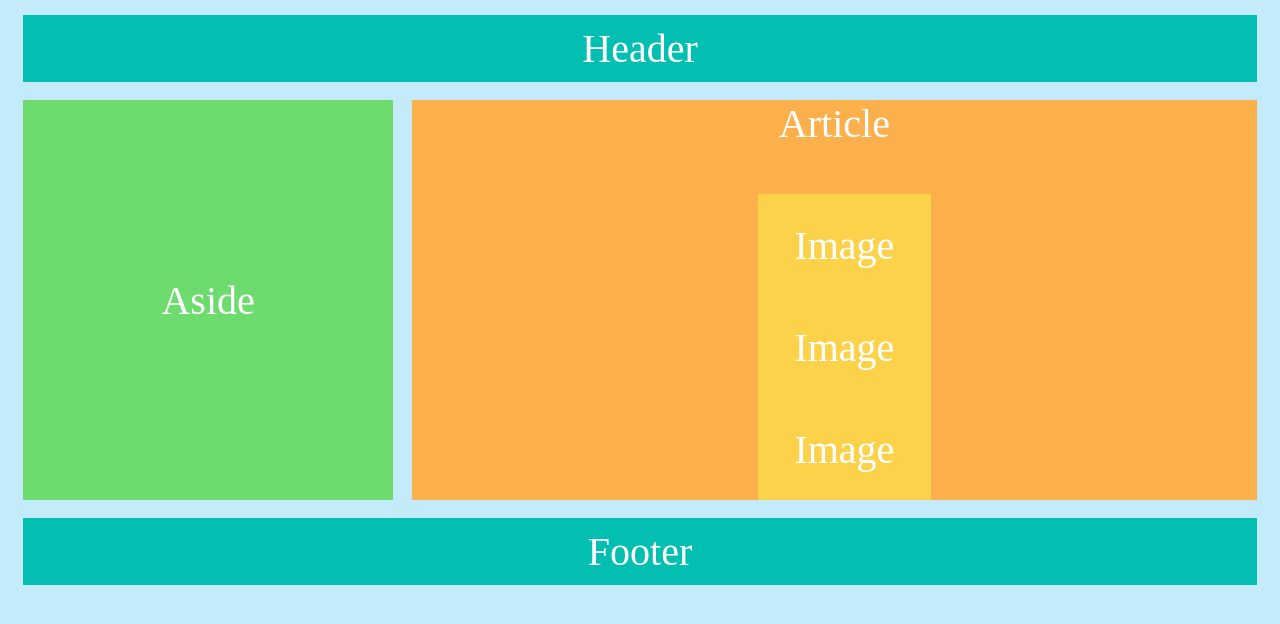
Repository: huyennvo/CSS
Page: flex-css-example/index.html
The author's editor kept a copy of each file at every save. The page is drawn from the files as they stood at one save, then again after the next save.
The browser window is 1280 px wide. The pictures show the whole page.

Above is the page before, as saved 2022-07-18 11:49:55.

After the next save:
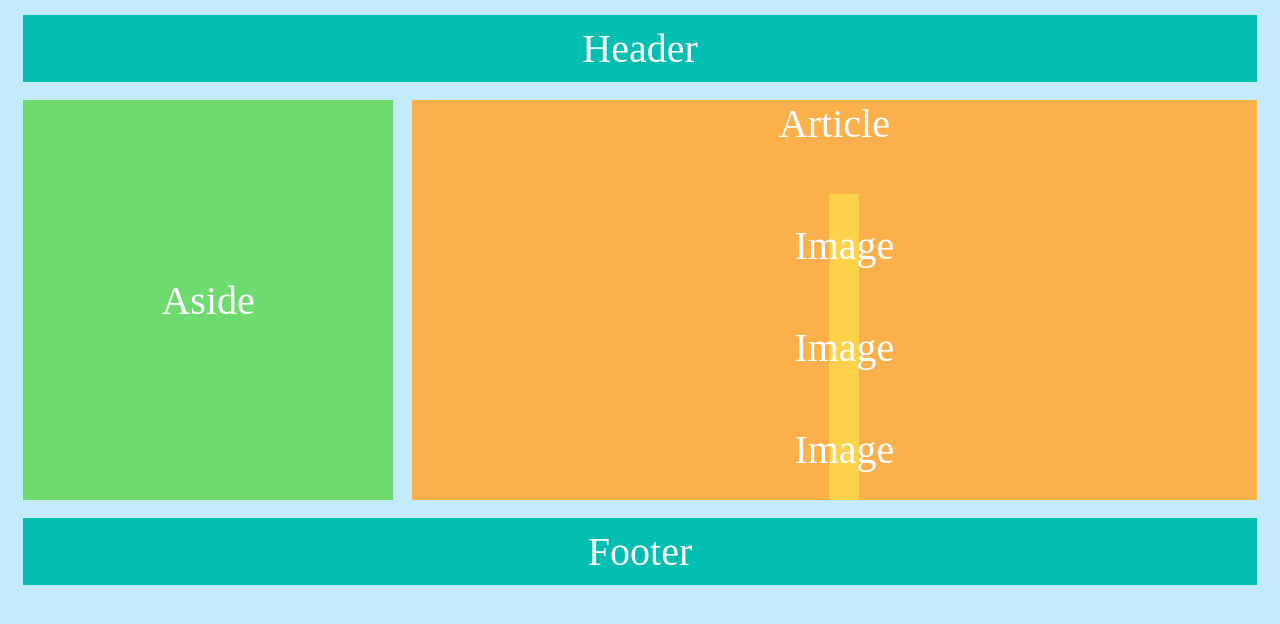
Saved 113 min 8 s later.
--- a/flex-css-example/index.css
+++ b/flex-css-example/index.css
@@ -69,7 +69,7 @@ html {
      align-content: space-between;
      justify-content: center;
      align-items: center;
-     width: 30%;
+     width: 30px;
      height: 40%;
      margin-left: 20px;
 
